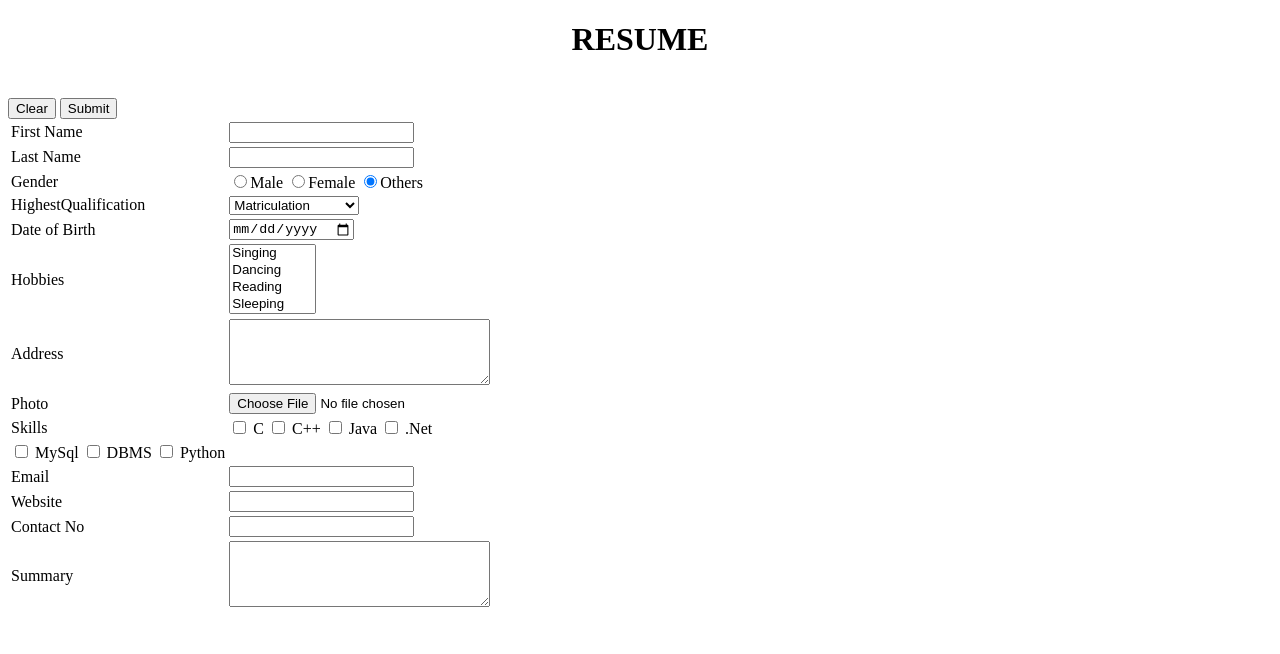
Repository: Rccalfa123/JEE
Page: MyFirstServlet/WebContent/Resume.html
An editor plug-in stored every save of this project. The page is shown before and after the next save, followed by the edit.
The browser window is 1280 px wide. The pictures show the whole page.

Above is the page before, as saved 2018-08-07 08:55:20.

### MyFirstServlet/WebContent/Resume.html
<!DOCTYPE html>
<html>
<head>
<meta charset="ISO-8859-1">
<title>Resume</title>
</head>
<body>
   <form action="ms1.java" method="get">
   <h1 align="center"> RESUME </h1><br>
  <table>
   <tr><td>First Name </td><td><input type="text" name="fname"><br></td></tr>

   <tr><td>Last Name</td> <td> <input type="text" name="lname"><br></td></tr>

   <tr><td>Gender</td> <td><input type="radio" name = "gender" value="male" checked="checked">Male
   		  <input type="radio" name = "gender" value="female" checked="checked">Female
   		  <input type="radio" name = "gender" value="others" checked="checked">Others<br></td></tr>

   <tr><td>HighestQualification</td> <td><select name = "Qualification">
            <option value="matriculation">Matriculation</option>
            <option value="intermediate">Intermediate</option>
            <option value="bachaolor_degree">Bachaelor Degree</option>
            <option value="masters">Masters</option>
   			</select></td></tr>

   <tr><td>Date of Birth</td><td> <input type="date" name="dob"><br></td></tr>

   <tr><td>Hobbies</td> <td><select multiple  name = "hobbies">
            <option value="singing">Singing</option>
            <option value="dancing">Dancing</option>
            <option value="reading">Reading</option>
            <option value="sleeping">Sleeping</option>
            <option value="eating">Eating</option>
            <option value="video_games">Video Games</option>
   			</select><br></td></tr>

   <tr><td>Address</td><td> <textarea name="address"   rows="4" cols="30"></textarea><br></td></tr>

   <tr><td>Photo</td><td><input type="file"  name="photo"><br></td></tr>


   <tr><td>Skills </td>   <td><input type="checkbox" name="skills" value="c"> C
   			 <input type="checkbox" name="skills" value="c++"> C++
   			 <input type="checkbox" name="skills" value="java"> Java
  			 <input type="checkbox" name="skills" value=".net"> .Net </td>
  			 <tr><td><input type="checkbox" name="skills" value="mysql"> MySql
   			 <input type="checkbox" name="skills" value="dbms"> DBMS
   			 <input type="checkbox" name="skills" value="python"> Python<br></td></tr>

  <tr><td>Email</td> <td>   <input type="email"  name="email"> <br></td></tr>

  <tr><td>Website</td> <td> <input type="url" name="website"><br></td></tr>

  <tr><td>Contact No</td> <td><input type="text" name="contact_no"> <br></td></tr>

  <tr><td>Summary </td><td> <textarea name="summary"   rows="4" cols="30"></textarea><br></td></tr>

   <div>  <input type="reset" value="Clear"> <input type="submit" value="Submit"> </div>
  </table>
 </form>


</body>
</html>

After the next save:
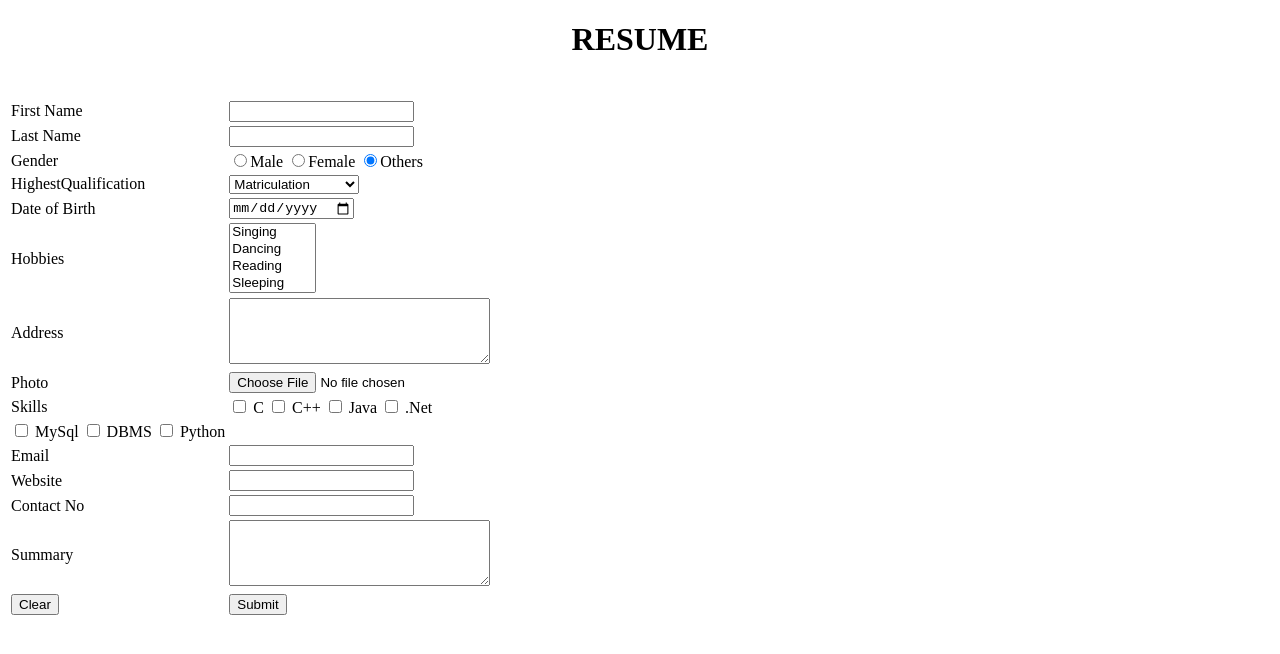
Saved 34 s later.
--- a/MyFirstServlet/WebContent/Resume.html
+++ b/MyFirstServlet/WebContent/Resume.html
@@ -55,7 +55,7 @@
 
   <tr><td>Summary </td><td> <textarea name="summary"   rows="4" cols="30"></textarea><br></td></tr>
 
-   <div>  <input type="reset" value="Clear"> <input type="submit" value="Submit"> </div>
+  <tr> <td><input type="reset" value="Clear"></td><td> <input type="submit" value="Submit"> </td></tr>
   </table>
  </form>
 
